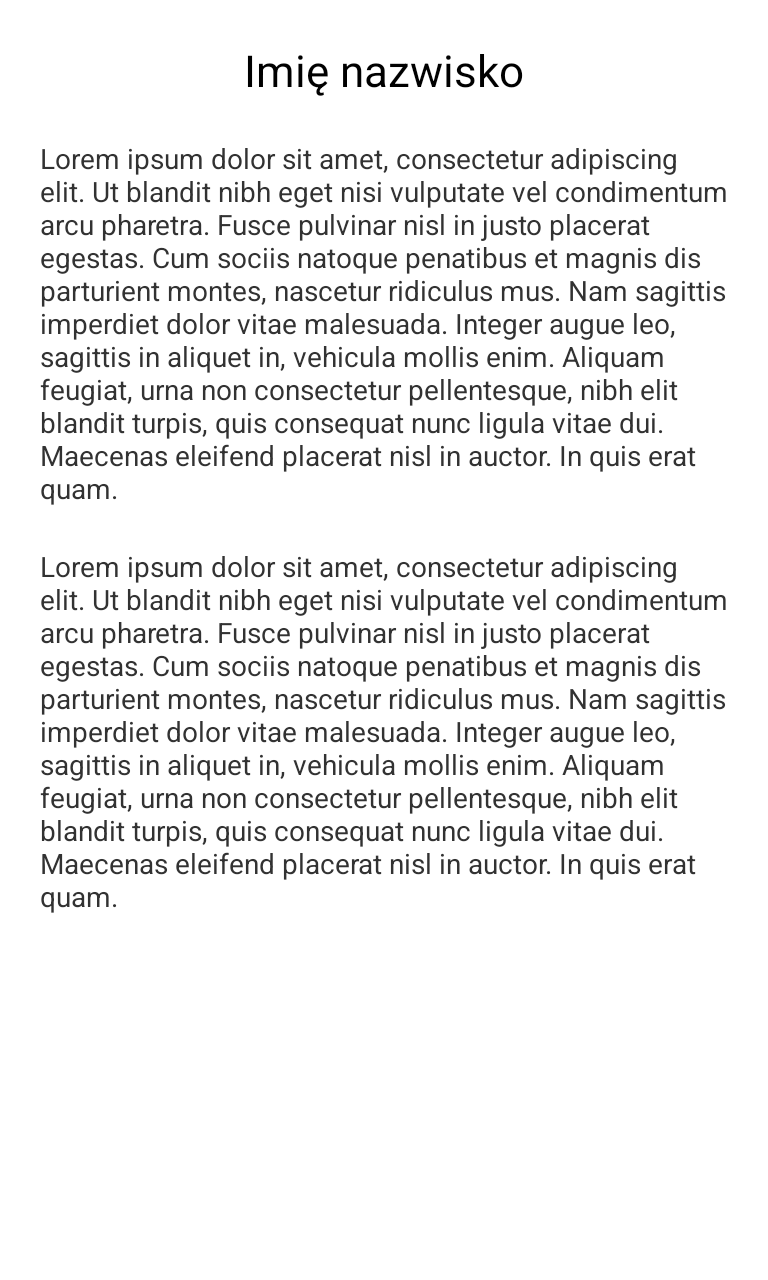
Repository: SimonIsMe/workspace_android
Layout: Lista5/res/layout/activity_person.xml
The author's editor kept a copy of each file at every save. The layout is drawn from the files as they stood at one save, then again after the next save.
It is drawn on a 768 x 1280 px phone screen (xhdpi) without system bars, with theme AppTheme; the app's code is not run.

Above is the layout before, as saved 2012-12-11 15:46:16.

After the next save:
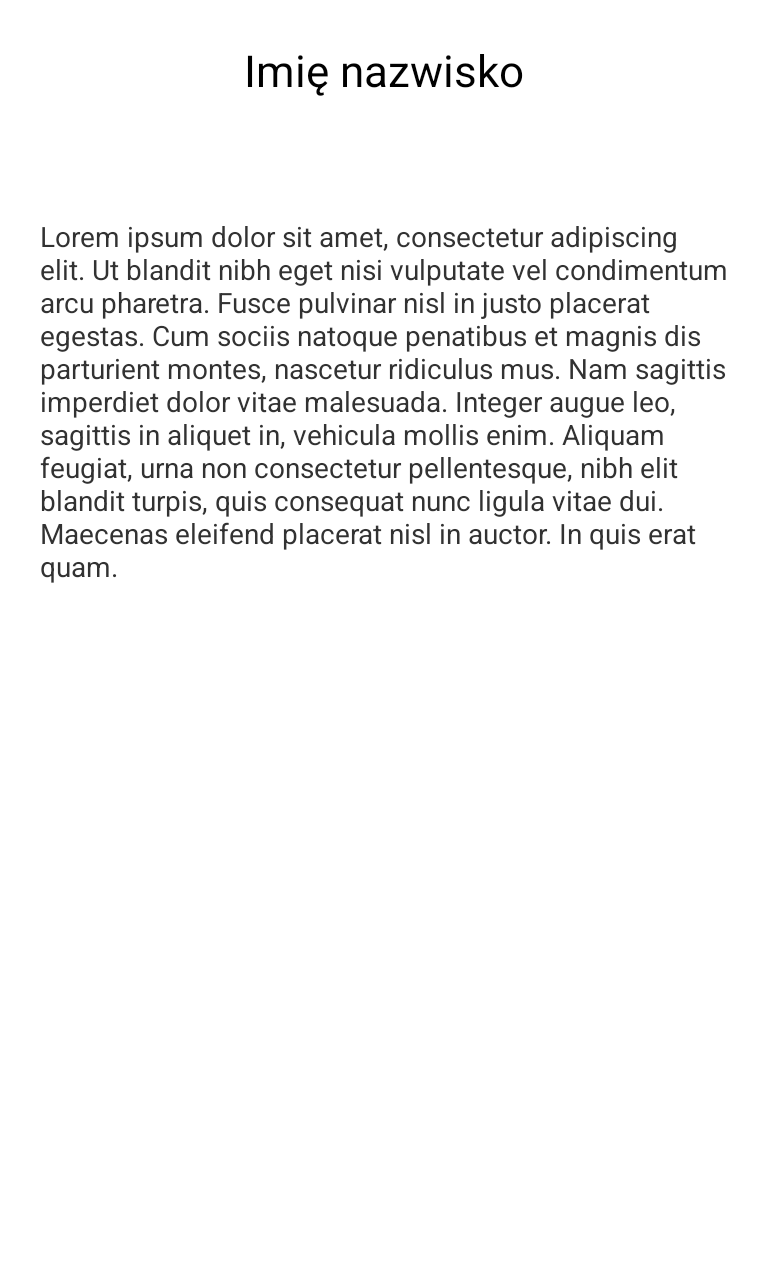
Saved 3 min 31 s later.
--- a/Lista5/res/layout/activity_person.xml
+++ b/Lista5/res/layout/activity_person.xml
@@ -41,7 +41,7 @@
 	                android:id="@+id/textView2"
 	                android:layout_width="wrap_content"
 	                android:layout_height="wrap_content"
-	                android:text="Lorem ipsum dolor sit amet, consectetur adipiscing elit. Ut blandit nibh eget nisi vulputate vel condimentum arcu pharetra. Fusce pulvinar nisl in justo placerat egestas. Cum sociis natoque penatibus et magnis dis parturient montes, nascetur ridiculus mus. Nam sagittis imperdiet dolor vitae malesuada. Integer augue leo, sagittis in aliquet in, vehicula mollis enim. Aliquam feugiat, urna non consectetur pellentesque, nibh elit blandit turpis, quis consequat nunc ligula vitae dui. Maecenas eleifend placerat nisl in auctor. In quis erat quam."
+	                android:text=""
 	                android:textAppearance="?android:attr/textAppearanceSmall" />
 
 	        </TableRow>
